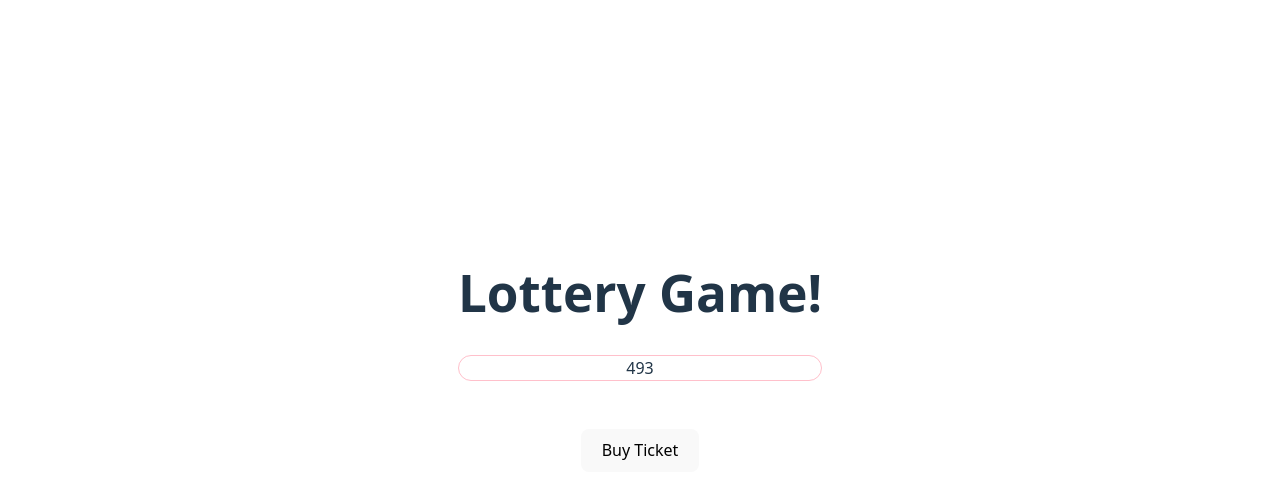
Repository: Ravikumar7210/Web_workspace
Page: / (app in React_Projects/Lottery/)
These files come from the project's save history. The page is drawn as it stood at one moment and after the next save; the edit follows.
The browser window is 1280 px wide. The pictures show the whole page.
The project was rebuilt for these pictures with package versions that can differ from the ones it lists, and the page was loaded fresh each time. Also part of the build but not shown: React_Projects/Lottery/vite.config.js.

Above is the page before, as saved 2025-04-07 16:00:08.

After the next save:
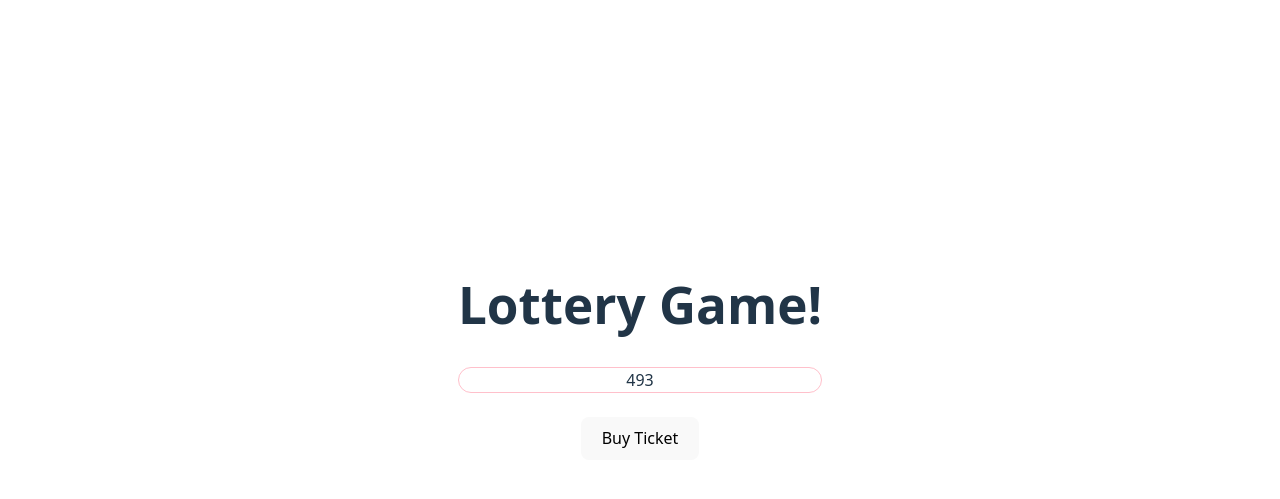
Saved 5 s later.
--- a/React_Projects/Lottery/src/Lottery.jsx
+++ b/React_Projects/Lottery/src/Lottery.jsx
@@ -18,7 +18,7 @@ return (
    <span>{ticket[1]}</span>
    <span>{ticket[2]}</span>
   </div>
-  <br></br> <br></br>
+  <br></br>
   <button onClick={buyTicket}>Buy Ticket </button>
   <h3> {isWinning && "Congratulations, You won!"}</h3>
 </div>
